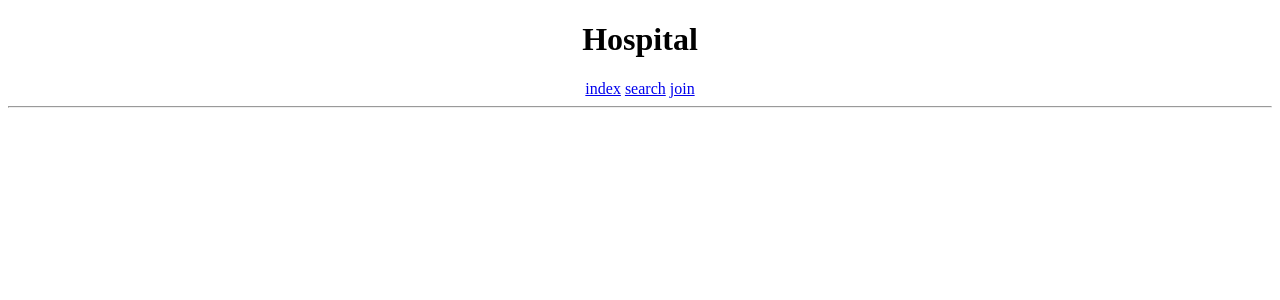
Repository: kimgh06/jsp_teamwork
Page: http://localhost/hospital/join.jsp
These files come from the project's save history. The page is drawn as it stood at one moment and after the next save; the edit follows.
The browser window is 1280 px wide. The pictures show the whole page.
The page is served by Tomcat 9.

Above is the page before, as saved 2023-06-14 01:48:48.

After the next save:
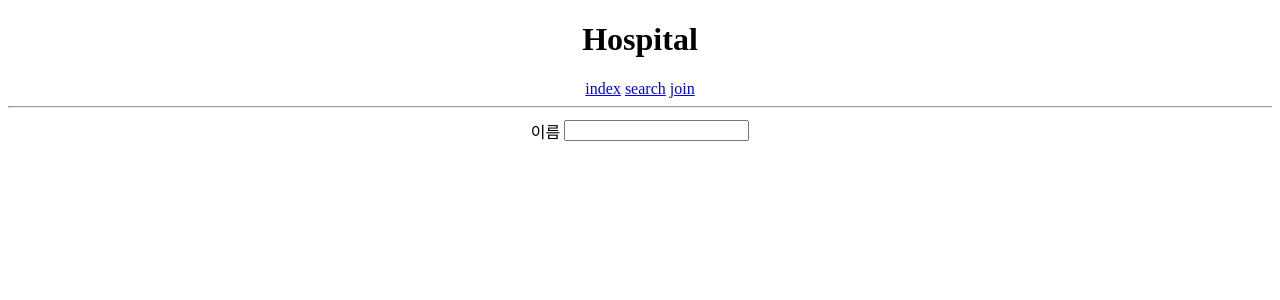
Saved 63 s later.
--- a/hospital/src/main/webapp/join.jsp
+++ b/hospital/src/main/webapp/join.jsp
@@ -9,7 +9,8 @@
 <body>
 <jsp:include page="./header.jsp"></jsp:include>
 <form method="post" action="i_action.jsp" name="frm" style="display: flex; justify-content: center; align-items: center">
-
-
+<table>
+	<tr><td>이름</td><td><input name="name"/></td></tr>
+</table>
 </form>
 </html>
